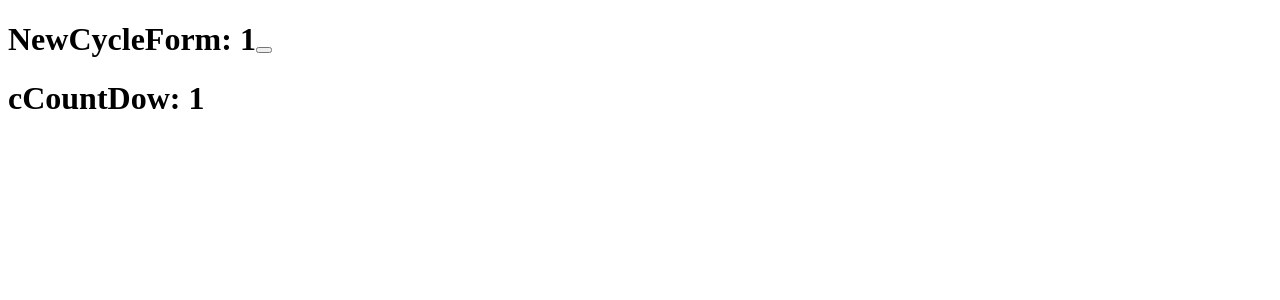
Repository: caueenrico/CoffeDelivery
Page: /
These files come from the project's save history. The page is drawn as it stood at one moment and after the next save; the edit follows.
The browser window is 1280 px wide. The pictures show the whole page.
The project was rebuilt for these pictures with package versions that can differ from the ones it lists, and the page was loaded fresh each time. Also part of the build but not shown: vite.config.ts.

Above is the page before, as saved 2022-09-29 18:46:41.

### index.html
<!DOCTYPE html>
<html lang="en">
  <head>
    <meta charset="UTF-8" />

    <link rel="preconnect" href="https://fonts.googleapis.com" />
    <link rel="preconnect" href="https://fonts.gstatic.com" crossorigin />
    <link
      href="https://fonts.googleapis.com/css2?family=Baloo+2:wght@700;800&family=Roboto:wght@400;700&display=swap"
      rel="stylesheet"
    />

    <link rel="icon" type="image/svg+xml" href="/vite.svg" />
    <meta name="viewport" content="width=device-width, initial-scale=1.0" />
    <title>Vite + React + TS</title>
  </head>
  <body>
    <div id="root"></div>
    <script type="module" src="/src/main.tsx"></script>
  </body>
</html>

### src/App.tsx
import { BrowserRouter } from "react-router-dom";
import { ThemeProvider } from "styled-components";
import { HomeContext } from "./HomeContext";
import { Router } from "./Router";
import { defaultTheme } from "./styles/themes/default";
import { GlobalStyle } from "./styles/themes/global";

export function App() {
  return (

    <>
    <HomeContext/>
    </>
    // <ThemeProvider theme={defaultTheme}>
    //   <BrowserRouter>
    //     <Router />
    //   </BrowserRouter>
    //   <GlobalStyle />
    // </ThemeProvider>
  );
}

### src/HomeContext.tsx
import { createContext, useContext } from "react";

const CyclesContext = createContext({
  activeCycle: 1,
})

function NewCycleForm() {
  let {activeCycle} = useContext(CyclesContext)

  return <h1>NewCycleForm: {activeCycle}
  <button onClick={() => {
    activeCycle = 2
  }}></button>
  </h1>
}

function CountDown () {
  const {activeCycle} = useContext(CyclesContext)
  return <h1>cCountDow: {activeCycle} </h1>
}


export function HomeContext() {
  return (
    <div>
      <div>
        <NewCycleForm />
        <CountDown />
      </div>

    </div>
  );
}

Loaded but not shown: src/main.tsx (common file)

After the next save:
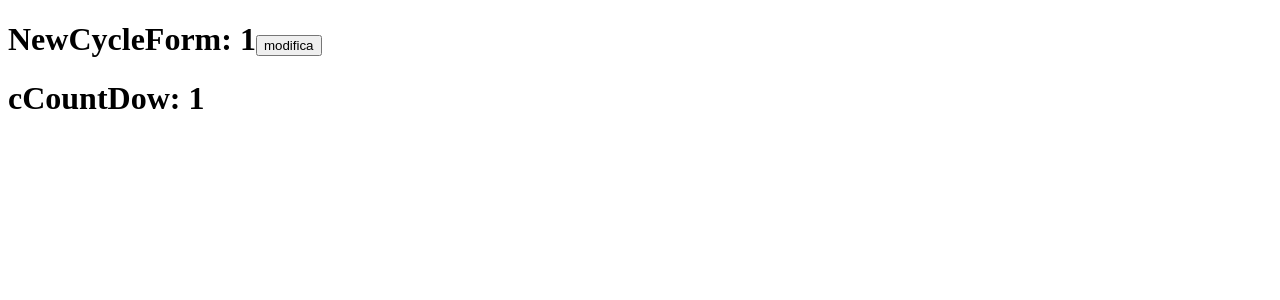
Saved 14 s later.
--- a/src/HomeContext.tsx
+++ b/src/HomeContext.tsx
@@ -10,7 +10,7 @@ function NewCycleForm() {
   return <h1>NewCycleForm: {activeCycle}
   <button onClick={() => {
     activeCycle = 2
-  }}></button>
+  }}> modifica</button>
   </h1>
 }
 
